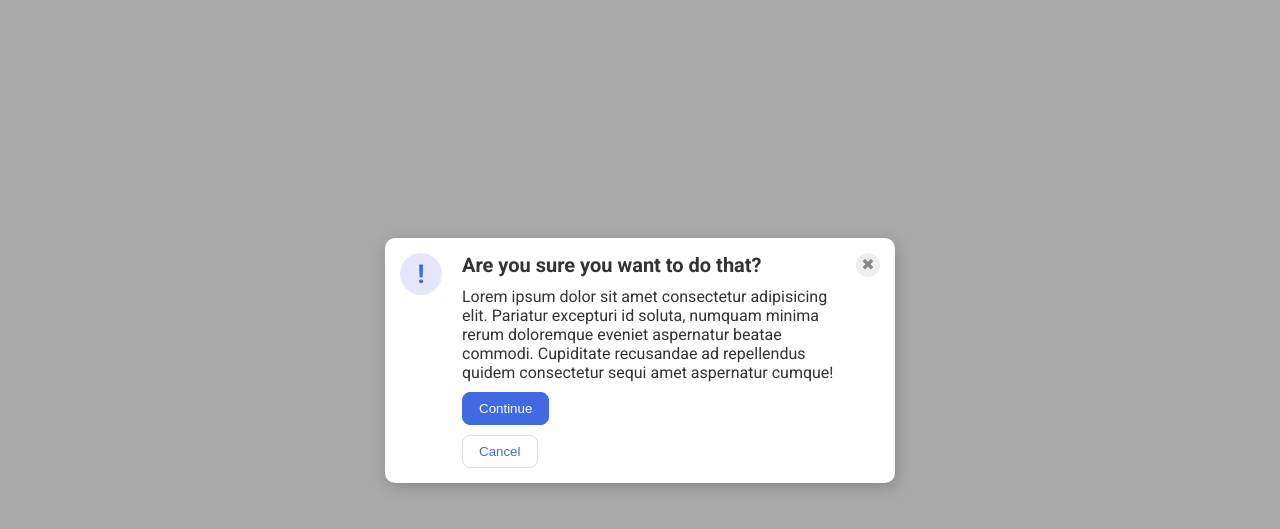
Repository: ridgely/css-exercises
Page: flex/05-flex-modal/index.html
An editor plug-in stored every save of this project. The page is shown before and after the next save, followed by the edit.
The browser window is 1280 px wide. The pictures show the whole page.

Above is the page before, as saved 2022-07-06 14:39:48.

After the next save:
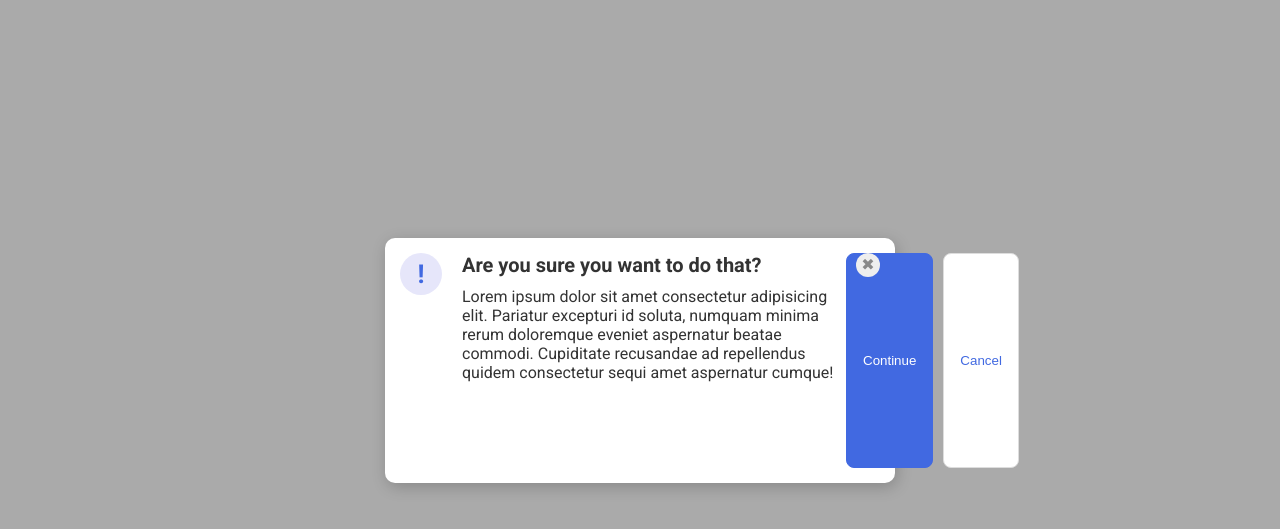
Saved 7 s later.
--- a/flex/05-flex-modal/style.css
+++ b/flex/05-flex-modal/style.css
@@ -67,7 +67,7 @@ button {
   padding: 8px 16px;
   border-radius: 8px;
   align-self: flex-start;
-
+  flex-basis: 100%;
 }
 
 button.continue {
